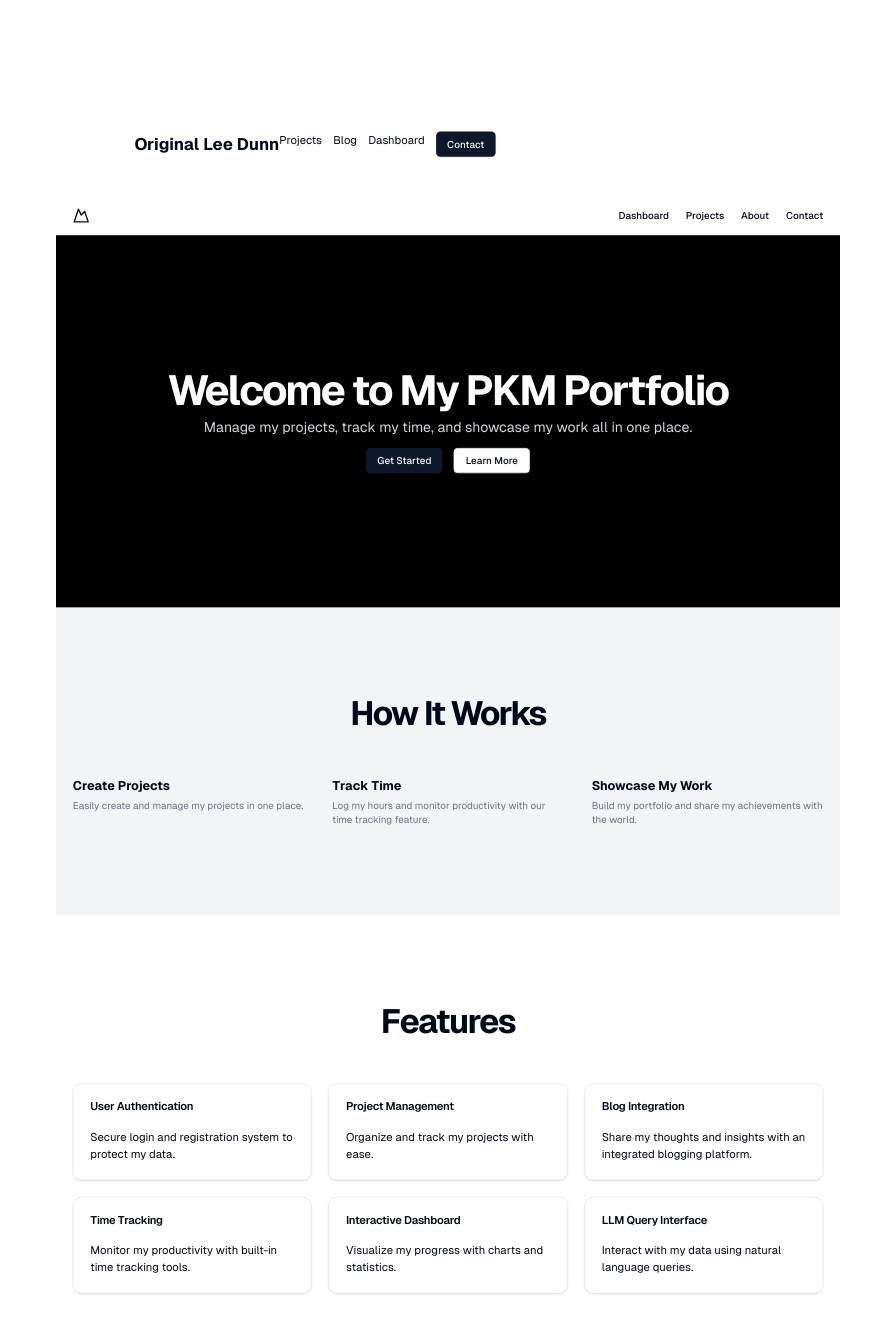
Repository: OriginalLeeDunn/pkm-portfolio
Page: /
The author's editor kept a copy of each file at every save. The page is drawn from the files as they stood at one save, then again after the next save.
The browser window is 1280 px wide. The pictures show the part of the page from y = 0 to 1920 px (the page is 3643 px tall before and 3675 px after), at 70% of full size.
The project was rebuilt for these pictures with package versions that can differ from the ones it lists, and the page was loaded fresh each time. The framework's server and built-in components were replaced by stand-ins that run in the browser. Also part of the build but not shown: next.config.mjs.

Above is the page before, as saved 2024-10-16 08:05:12.

### src/app/page.tsx
import Image from "next/image";
import { HomePageComponent } from "@/components/home-page/home-page"
import Header from "@/components/Header";
import Footer  from "@/components/Footer"



export default function Home() {
  return (
    <div className="grid grid-rows-[20px_1fr_20px] items-center justify-items-center min-h-screen p-8 pb-20 gap-16 sm:p-20 font-[family-name:var(--font-geist-sans)]">


      <main className="flex flex-col gap-8 row-start-2 items-center sm:items-start">

      <header className="flex flex-col gap-8 row-start-2 items-center sm:items-start">

      <Header/>

      </header>

      <HomePageComponent/>

      <footer className="flex flex-col gap-8 row-start-2 items-center sm:items-start">



      </footer>

      </main>


    </div>
  );
}

### src/components/home-page/home-page.tsx
'use client'

import React from 'react'
import { Button } from "@/components/home-page/ui/button"
import { Card, CardContent, CardDescription, CardHeader, CardTitle } from "@/components/home-page/ui/card"
import { Input } from "@/components/home-page/ui/input"
import { Github, Linkedin, Twitter, Mountain } from "lucide-react"
import Link from "next/link"

export function HomePageComponent() {
  return (
    <div className="flex flex-col min-h-screen">
      <header className="px-4 lg:px-6 h-14 flex items-center">
        <Link className="flex items-center justify-center" href="#">
          <Mountain className="h-6 w-6" />
          <span className="sr-only">PKM Portfolio</span>
        </Link>
        <nav className="ml-auto flex gap-4 sm:gap-6">
          <Link className="text-sm font-medium hover:underline underline-offset-4" href="#">
            Dashboard
          </Link>
          <Link className="text-sm font-medium hover:underline underline-offset-4" href="#">
            Projects
          </Link>
          <Link className="text-sm font-medium hover:underline underline-offset-4" href="#">
            About
          </Link>
          <Link className="text-sm font-medium hover:underline underline-offset-4" href="#">
            Contact
          </Link>
        </nav>
      </header>
      <main className="flex-1">
        <section className="w-full py-12 md:py-24 lg:py-32 xl:py-48 bg-black">
          <div className="container px-4 md:px-6">
            <div className="flex flex-col items-center space-y-4 text-center">
              <div className="space-y-2">
                <h1 className="text-3xl font-bold tracking-tighter sm:text-4xl md:text-5xl lg:text-6xl/none text-white">
                  Welcome to My PKM Portfolio
                </h1>
                <p className="mx-auto max-w-[700px] text-gray-300 md:text-xl">
                  Manage my projects, track my time, and showcase my work all in one place.
                </p>
              </div>
              <div className="space-x-4">
                <Button>Get Started</Button>
                <Button variant="outline">Learn More</Button>
              </div>
            </div>
          </div>
        </section>
        <section className="w-full py-12 md:py-24 lg:py-32 bg-gray-100">
          <div className="container px-4 md:px-6">
            <h2 className="text-3xl font-bold tracking-tighter sm:text-5xl text-center">How It Works</h2>
            <div className="grid gap-10 sm:grid-cols-2 md:grid-cols-3 mt-16 items-start">
              <div className="grid gap-1">
                <h3 className="text-lg font-bold">Create Projects</h3>
                <p className="text-sm text-gray-500">Easily create and manage my projects in one place.</p>
              </div>
              <div className="grid gap-1">
                <h3 className="text-lg font-bold">Track Time</h3>
                <p className="text-sm text-gray-500">Log my hours and monitor productivity with our time tracking feature.</p>
              </div>
              <div className="grid gap-1">
                <h3 className="text-lg font-bold">Showcase My Work</h3>
                <p className="text-sm text-gray-500">Build my portfolio and share my achievements with the world.</p>
              </div>
            </div>
          </div>
        </section>
        <section className="w-full py-12 md:py-24 lg:py-32">
          <div className="container px-4 md:px-6">
            <h2 className="text-3xl font-bold tracking-tighter sm:text-5xl text-center mb-16">Features</h2>
            <div className="grid gap-6 lg:grid-cols-3">
              <Card>
                <CardHeader>
                  <CardTitle>User Authentication</CardTitle>
                </CardHeader>
                <CardContent>Secure login and registration system to protect my data.</CardContent>
              </Card>
              <Card>
                <CardHeader>
                  <CardTitle>Project Management</CardTitle>
                </CardHeader>
                <CardContent>Organize and track my projects with ease.</CardContent>
              </Card>
              <Card>
                <CardHeader>
                  <CardTitle>Blog Integration</CardTitle>
                </CardHeader>
                <CardContent>Share my thoughts and insights with an integrated blogging platform.</CardContent>
              </Card>
              <Card>
                <CardHeader>
                  <CardTitle>Time Tracking</CardTitle>
                </CardHeader>
                <CardContent>Monitor my productivity with built-in time tracking tools.</CardContent>
              </Card>
              <Card>
                <CardHeader>
                  <CardTitle>Interactive Dashboard</CardTitle>
                </CardHeader>
                <CardContent>Visualize my progress with charts and statistics.</CardContent>
              </Card>
              <Card>
                <CardHeader>
                  <CardTitle>LLM Query Interface</CardTitle>
                </CardHeader>
                <CardContent>Interact with my data using natural language queries.</CardContent>
              </Card>
            </div>
          </div>
        </section>
        <section className="w-full py-12 md:py-24 lg:py-32 bg-gray-100">
          <div className="container px-4 md:px-6">
            <div className="flex flex-col items-center space-y-4 text-center">
              <div className="space-y-2">
                <h2 className="text-3xl font-bold tracking-tighter sm:text-5xl">Ready to Get Started?</h2>
                <p className="max-w-[600px] text-gray-500 md:text-xl/relaxed lg:text-base/relaxed xl:text-xl/relaxed mx-auto">
                  Join now and take control of my personal knowledge management and portfolio.
                </p>
              </div>
              <Button className="w-[200px]">Explore Dashboard</Button>
            </div>
          </div>
        </section>
        <section className="w-full py-12 md:py-24 lg:py-32">
          <div className="container px-4 md:px-6">
            <h2 className="text-3xl font-bold tracking-tighter sm:text-5xl text-center mb-16">Latest Blog Posts</h2>
            <div className="grid gap-6 lg:grid-cols-3">
              <Card>
                <CardHeader>
                  <CardTitle>Maximizing Productivity with PKM</CardTitle>
                  <CardDescription>Posted on June 1, 2023</CardDescription>
                </CardHeader>
                <CardContent>Learn how to boost my productivity using Personal Knowledge Management techniques.</CardContent>
              </Card>
              <Card>
                <CardHeader>
                  <CardTitle>Building an Effective Digital Portfolio</CardTitle>
                  <CardDescription>Posted on May 15, 2023</CardDescription>
                </CardHeader>
                <CardContent>Tips and tricks for creating a standout digital portfolio to showcase my work.</CardContent>
              </Card>
              <Card>
                <CardHeader>
                  <CardTitle>The Power of Time Tracking</CardTitle>
                  <CardDescription>Posted on May 1, 2023</CardDescription>
                </CardHeader>
                <CardContent>Discover how time tracking can transform my work habits and improve efficiency.</CardContent>
              </Card>
            </div>
          </div>
        </section>
        <section className="w-full py-12 md:py-24 lg:py-32 bg-gray-100">
          <div className="container px-4 md:px-6">
            <div className="flex flex-col items-center space-y-4 text-center">
              <div className="space-y-2">
                <h2 className="text-3xl font-bold tracking-tighter sm:text-5xl">Get in Touch</h2>
                <p className="max-w-[600px] text-gray-500 md:text-xl/relaxed lg:text-base/relaxed xl:text-xl/relaxed mx-auto">
                  Have questions or feedback? We'd love to hear from you.
                </p>
              </div>
              <div className="w-full max-w-sm space-y-2">
                <form className="flex space-x-2">
                  <Input className="max-w-lg flex-1" placeholder="Enter my email" type="email" />
                  <Button type="submit">Subscribe</Button>
                </form>
                <p className="text-xs text-gray-500">
                  By subscribing, you agree to our Terms of Service and Privacy Policy.
                </p>
              </div>
            </div>
          </div>
        </section>
      </main>
      <footer className="flex flex-col gap-2 sm:flex-row py-6 w-full shrink-0 items-center px-4 md:px-6 border-t">
        <p className="text-xs text-gray-500">© 2023 PKM Portfolio. All rights reserved.</p>
        <nav className="sm:ml-auto flex gap-4 sm:gap-6">
          <Link className="text-xs hover:underline underline-offset-4" href="#">
            Terms of Service
          </Link>
          <Link className="text-xs hover:underline underline-offset-4" href="#">
            Privacy
          </Link>
        </nav>
        <div className="flex gap-4">
          <Link className="text-gray-500" href="#">
            <Github className="h-4 w-4" />
            <span className="sr-only">GitHub</span>
          </Link>
          <Link className="text-gray-500" href="#">
            <Linkedin className="h-4 w-4" />
            <span className="sr-only">LinkedIn</span>
          </Link>
          <Link className="text-gray-500" href="#">
            <Twitter className="h-4 w-4" />
            <span className="sr-only">Twitter</span>
          </Link>
        </div>
      </footer>
    </div>
  )
}
export default HomePageComponent;

### src/components/Header.tsx
import Link from 'next/link'
import { Button } from '@/components/home-page/ui/button'

export default function Header() {
  return (
    <header className="w-full py-6 px-20 bg-background items-center">
      <div className="container mx-auto flex justify-between items-center">
        <Link href="/" className="text-2xl font-bold">
          Original Lee Dunn
        </Link>
        <nav>
          <ul className="flex space-x-4">
            <li><Link href="/projects">Projects</Link></li>
            <li><Link href="/blog">Blog</Link></li>
            <li><Link href="/dashboard">Dashboard</Link></li>
            <li><Button asChild><Link href="/contact">Contact</Link></Button></li>
          </ul>
        </nav>
      </div>
    </header>
  )
}

### src/components/home-page/ui/button.tsx
import * as React from "react"
import { Slot } from "@radix-ui/react-slot"
import { cva, type VariantProps } from "class-variance-authority"

import { cn } from "@/lib/utils"

const buttonVariants = cva(
  "inline-flex items-center justify-center whitespace-nowrap rounded-md text-sm font-medium transition-colors focus-visible:outline-none focus-visible:ring-1 focus-visible:ring-ring disabled:pointer-events-none disabled:opacity-50",
  {
    variants: {
      variant: {
        default:
          "bg-primary text-primary-foreground shadow hover:bg-primary/90",
        destructive:
          "bg-destructive text-destructive-foreground shadow-sm hover:bg-destructive/90",
        outline:
          "border border-input bg-background shadow-sm hover:bg-accent hover:text-accent-foreground",
        secondary:
          "bg-secondary text-secondary-foreground shadow-sm hover:bg-secondary/80",
        ghost: "hover:bg-accent hover:text-accent-foreground",
        link: "text-primary underline-offset-4 hover:underline",
      },
      size: {
        default: "h-9 px-4 py-2",
        sm: "h-8 rounded-md px-3 text-xs",
        lg: "h-10 rounded-md px-8",
        icon: "h-9 w-9",
      },
    },
    defaultVariants: {
      variant: "default",
      size: "default",
    },
  }
)

export interface ButtonProps
  extends React.ButtonHTMLAttributes<HTMLButtonElement>,
    VariantProps<typeof buttonVariants> {
  asChild?: boolean
}

const Button = React.forwardRef<HTMLButtonElement, ButtonProps>(
  ({ className, variant, size, asChild = false, ...props }, ref) => {
    const Comp = asChild ? Slot : "button"
    return (
      <Comp
        className={cn(buttonVariants({ variant, size, className }))}
        ref={ref}
        {...props}
      />
    )
  }
)
Button.displayName = "Button"

export { Button, buttonVariants }

### src/components/home-page/ui/card.tsx
import * as React from "react"

import { cn } from "@/lib/utils"

const Card = React.forwardRef<
  HTMLDivElement,
  React.HTMLAttributes<HTMLDivElement>
>(({ className, ...props }, ref) => (
  <div
    ref={ref}
    className={cn(
      "rounded-xl border bg-card text-card-foreground shadow",
      className
    )}
    {...props}
  />
))
Card.displayName = "Card"

const CardHeader = React.forwardRef<
  HTMLDivElement,
  React.HTMLAttributes<HTMLDivElement>
>(({ className, ...props }, ref) => (
  <div
    ref={ref}
    className={cn("flex flex-col space-y-1.5 p-6", className)}
    {...props}
  />
))
CardHeader.displayName = "CardHeader"

const CardTitle = React.forwardRef<
  HTMLParagraphElement,
  React.HTMLAttributes<HTMLHeadingElement>
>(({ className, ...props }, ref) => (
  <h3
    ref={ref}
    className={cn("font-semibold leading-none tracking-tight", className)}
    {...props}
  />
))
CardTitle.displayName = "CardTitle"

const CardDescription = React.forwardRef<
  HTMLParagraphElement,
  React.HTMLAttributes<HTMLParagraphElement>
>(({ className, ...props }, ref) => (
  <p
    ref={ref}
    className={cn("text-sm text-muted-foreground", className)}
    {...props}
  />
))
CardDescription.displayName = "CardDescription"

const CardContent = React.forwardRef<
  HTMLDivElement,
  React.HTMLAttributes<HTMLDivElement>
>(({ className, ...props }, ref) => (
  <div ref={ref} className={cn("p-6 pt-0", className)} {...props} />
))
CardContent.displayName = "CardContent"

const CardFooter = React.forwardRef<
  HTMLDivElement,
  React.HTMLAttributes<HTMLDivElement>
>(({ className, ...props }, ref) => (
  <div
    ref={ref}
    className={cn("flex items-center p-6 pt-0", className)}
    {...props}
  />
))
CardFooter.displayName = "CardFooter"

export { Card, CardHeader, CardFooter, CardTitle, CardDescription, CardContent }

### src/components/home-page/ui/input.tsx
import * as React from "react"

import { cn } from "@/lib/utils"

export interface InputProps
  extends React.InputHTMLAttributes<HTMLInputElement> {}

const Input = React.forwardRef<HTMLInputElement, InputProps>(
  ({ className, type, ...props }, ref) => {
    return (
      <input
        type={type}
        className={cn(
          "flex h-9 w-full rounded-md border border-input bg-transparent px-3 py-1 text-sm shadow-sm transition-colors file:border-0 file:bg-transparent file:text-sm file:font-medium file:text-foreground placeholder:text-muted-foreground focus-visible:outline-none focus-visible:ring-1 focus-visible:ring-ring disabled:cursor-not-allowed disabled:opacity-50",
          className
        )}
        ref={ref}
        {...props}
      />
    )
  }
)
Input.displayName = "Input"

export { Input }

### tailwind.config.ts
/** @type {import('tailwindcss').Config} */
module.exports = {
  darkMode: ["class"],
  content: [
    './pages/**/*.{ts,tsx}',
    './components/**/*.{ts,tsx}',
    './app/**/*.{ts,tsx}',
    './src/**/*.{ts,tsx}',
  ],
  theme: {
  	container: {
  		center: 'true',
  		padding: '2rem',
  		screens: {
  			'2xl': '1400px'
  		}
  	},
  	extend: {
  		colors: {
  			border: 'hsl(var(--border))',
  			input: 'hsl(var(--input))',
  			ring: 'hsl(var(--ring))',
  			background: 'hsl(var(--background))',
  			foreground: 'hsl(var(--foreground))',
  			primary: {
  				DEFAULT: 'hsl(var(--primary))',
  				foreground: 'hsl(var(--primary-foreground))'
  			},
  			secondary: {
  				DEFAULT: 'hsl(var(--secondary))',
  				foreground: 'hsl(var(--secondary-foreground))'
  			},
  			destructive: {
  				DEFAULT: 'hsl(var(--destructive))',
  				foreground: 'hsl(var(--destructive-foreground))'
  			},
  			muted: {
  				DEFAULT: 'hsl(var(--muted))',
  				foreground: 'hsl(var(--muted-foreground))'
  			},
  			accent: {
  				DEFAULT: 'hsl(var(--accent))',
  				foreground: 'hsl(var(--accent-foreground))'
  			},
  			popover: {
  				DEFAULT: 'hsl(var(--popover))',
  				foreground: 'hsl(var(--popover-foreground))'
  			},
  			card: {
  				DEFAULT: 'hsl(var(--card))',
  				foreground: 'hsl(var(--card-foreground))'
  			},
  			chart: {
  				'1': 'hsl(var(--chart-1))',
  				'2': 'hsl(var(--chart-2))',
  				'3': 'hsl(var(--chart-3))',
  				'4': 'hsl(var(--chart-4))',
  				'5': 'hsl(var(--chart-5))'
  			}
  		},
  		borderRadius: {
  			lg: 'var(--radius)',
  			md: 'calc(var(--radius) - 2px)',
  			sm: 'calc(var(--radius) - 4px)'
  		},
  		keyframes: {
  			'accordion-down': {
  				from: {
  					height: '0'
  				},
  				to: {
  					height: 'var(--radix-accordion-content-height)'
  				}
  			},
  			'accordion-up': {
  				from: {
  					height: 'var(--radix-accordion-content-height)'
  				},
  				to: {
  					height: '0'
  				}
  			}
  		},
  		animation: {
  			'accordion-down': 'accordion-down 0.2s ease-out',
  			'accordion-up': 'accordion-up 0.2s ease-out'
  		}
  	}
  },
  plugins: [require("tailwindcss-animate")],
}

Loaded but not shown: src/app/layout.tsx (common file); src/app/globals.css (common file); src/lib/utils.ts (common file)

After the next save:
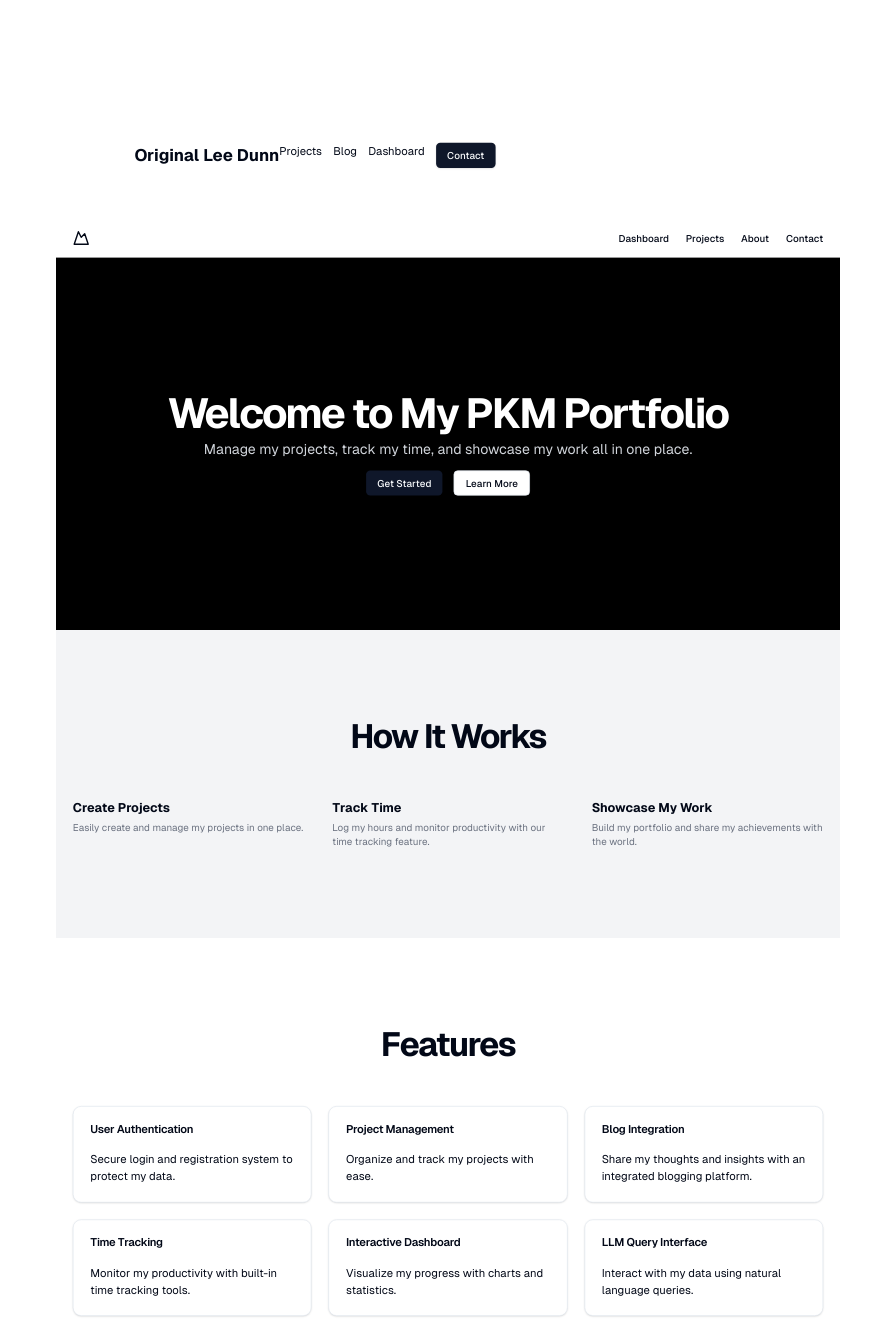
Saved 10 s later.
--- a/src/components/Header.tsx
+++ b/src/components/Header.tsx
@@ -3,7 +3,7 @@ import { Button } from '@/components/home-page/ui/button'
 
 export default function Header() {
   return (
-    <header className="w-full py-6 px-20 bg-background items-center">
+    <header className="w-full py-10 px-20 bg-background items-center">
       <div className="container mx-auto flex justify-between items-center">
         <Link href="/" className="text-2xl font-bold">
           Original Lee Dunn
